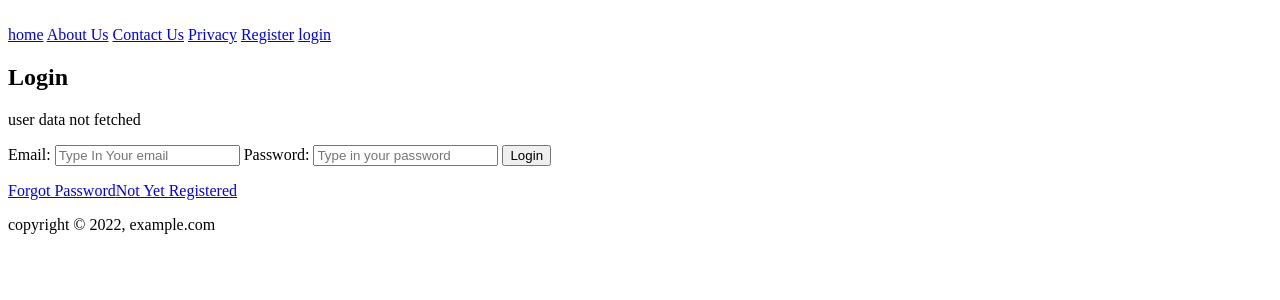
Repository: bejibay/CMS-and-Comment-System
Page: http://localhost/Contentgo/login
These files come from the project's save history. The page is drawn as it stood at one moment and after a run of saves; the edit follows.
The browser window is 1280 px wide. The pictures show the whole page.
The page is run by PHP 8.4 with error messages shown; the project is at /var/www/html/. Queries for data that is not in the repository find no rows.

Above is the page before, as saved 2022-11-21 18:49:50.

### index.php
<?php
session_start();

require (__DIR__."/src/controller/functions.php");
//seesion variables for testing only
$results['firstname'] ="ayo";
$results['lastname'] ="ojo";
$requestUrl = $_SERVER['REQUEST_URI'];
$currentPageUrl = "http://"."locahost".$_SERVER['REQUEST_URI'];
if(isset($requestUrl)){
switch ($requestUrl){
    case   "/Contentgo/":
    case   "/Contentgo/home":
      homePage();
      break;
    case '/Contentgo/login' :
        login();
        break;
    case '/Contentgo/register':
        register();
        break;
    case '/Contentgo/require-reset':
    requireReset();
       break;
    case '/Contentgo/reset':
    resetUser();
        break;
   case '/Contentgo/activate-user':
    activateUser();
    break;
   case '/Contentgo/dashboard':
      dashboard();
   case '/Contentgo/dashboard/newpage':
      newPage();
      break;
   case '/Contentgo/dashboard/newpost':
      newPost();
      break;
   case '/Contentgo/dashboard/newcategory':
      newCategory();
       break;
   case '/Contentgo/dashboard/newauthor':
      newAuthor();
      break;
   case '/Contentgo/dashboard/update-page':
      updatePage();
      break;
   case '/Contentgo/dashboard/update-post':
      updatePost();
      break;
   case '/Contentgo/dashboard/update-category':
     updateCategory();
     break;
   case '/Contentgo/dashboard/view-posts':
     viewPosts();
     break;
   case '/Contentgo/dashboard/view-pages':
    viewPages();
    break;
   case '/Contentgo/dashboard/view-categories':
    viewCategories();
    break;
    case '/Contentgo/dashboard/view-media':
      viewMedia();
      break;
    case '/Contentgo/logout':
      logout();
   break;
    default:
    otherUrls();

   }
}

### config/bootstrap.php

<?php
define("WORKING_DIR_PATH",__DIR__."/../");

?>

### src/model/author.php

<?php

require_once __DIR__."/crudmodel.php";


class Author extends Crudmodel{
// define the class properties

public $id = null;
public $userdata_id = null;
public $biography = null;
public $created = null;
public $updated = null;
public $ipaddress = null;

// construct function to initialise  the properties
public function __construct($data=array()){
parent::__construct();
if(isset($data['id']) && is_int($data['id']))$this->id=$data['id'];
if(isset($data['biography']))$this->biography=trim(stripslashes(htmlspecialchars($data['biography'])));
if(isset($data['userdata_id']) && is_int($data['userdata_id']))$this->userdata_id = $data['userdata_id'];
if(isset($data['created']))$this->created=$data['created'];
if(isset($data['updated']))$this->created=$data['created'];
if(isset($data['ipaddress']))$this->ipaddress = $data['ipaddress'];

}


// define the all the class methods

public function createAuthor($data= []){
    $result ="";
    $this->userdata_id =$_SESSION['userid'];
    if(isset($data['biography']) ){
$result = $this->insert("INSERT INTO author(`biography`,`userdata_id`,`ipaddress`)VALUES(:biography,:userdata_id,
:ipaddress)",["biography"=>$this->biography,"userdata_id"=>$this->userdata_id,"ipaddress"=>$this->ipaddress]);
    }
    if($result) return $result;
    else{return false;}

}

public function readAuthors(){
 $result = $this->select("SELECT* FROM author");
 if($result)return $result;
 else{return false;}
}

public function readAuthor($id){
    $this->id= $id;
   if(isset($id)){
   $result = $this->select("SELECT* FROM author WHERE id=:id",["id"=>$this->id]);
   }
   if($result) return  $result;
   else{return false;}
}




public function updateAuthor($id,$data=[]){
    $this->id = $id;

if(isset($id) && isset($data['biography']) && isset($data['updated'])){
 $result = $this->update("UPDATE author SET biography=:biography, updated=:updated WHERE id=:id*",[
    "biography"=>$this->biography,"update"=>$this->updated, "id"=>$this->id]);
 }
 if($result)return $result;
 else{return false;}
}


public function deleteAuthor($id){
    $this->id = $id;
if(isset($id)){
$result = $this->delete("DELETE* FROM author WHERE id =:id",["id"=>$this->id]);
if($result)return $result;
else return false;
}
}

}

### src/model/crudmodel.php
<?php
require_once __DIR__."/../../config/config.php";


class Crudmodel{

// define the class properties
protected $conn =null;


public function __construct(){
    try{$this->conn = new PDO(DB_DSN, DB_USERNAME, DB_PASSWORD);
    $this->conn->setAttribute(PDO::ATTR_ERRMODE, PDO::ERRMODE_EXCEPTION);
    $this->conn->setAttribute(PDO::ATTR_EMULATE_PREPARES,false);
    if($this->conn)return $this->conn;
 }
catch(PDOException $e){echo $e->getMessage();}
}

public function executestatement($query="",$params=[]){
    try{

    $stmt = $this->conn->prepare($query);
    if($params) $stmt->execute($params);
    else{$stmt->execute();}
    return $stmt;

    }
    catch(Exception $e){echo $e->getMessage();}
}



public function insert($query="",$params=[]){
    try{
 $this->executestatement($query,$params);
 $result = $this->conn->lastInsertId();
 return $result;
    }
    catch(Exception $e){echo $e->getMessage();}
}



public function select($query="",$params=[]){
    try{
 $stmt = $this->executestatement($query,$params);
    $result = $stmt->fetchAll();
    if($result)return $result;
    }
    catch(Exception $e){echo $e->getMessage();}
}

public function update($query="",$params=[] ){
    try{
   $stmt =  $this->executestatement($query,$params);
    $result = $stmt->rowCount();
    return $result;
    }
    catch(Exception $e){echo $e->getMessage();}
}

public function delete($query="",$params=[]){
    try{
   $stmt =  $this->executestatement($query,$params);
    $result = $stmt-> rowCount();
    return $result;
    }
    catch(Exception $e){echo $e->getMessage();}
}

public function getSEOUrl($title){
    $title = $this->title;
    $title = explode(" ",$title);
    $title = array_slice($title,0,9);
    $title = implode("-", $title);
    return $title;
    }
}
?>

### config/config.php

<?php
define("DB_DSN", "mysql:host=localhost;dbname=contentgo");
define("DB_USERNAME", "root");
define("DB_PASSWORD", "");
function handle_execption($exception){
echo "there is an error, try again";
error_log($exeption->getMessage);
set_exception_handler(handle_exception);
}
?>

### src/model/category.php

<?php
require_once __DIR__."/crudmodel.php";

class Category extends Crudmodel{
    // define the class properties

public $id = null;
public $name = "";
public $description = "";
public $created = null;
public $updated = null;
public $ipaddress = null;


public function __construct($data=array()){
parent::__construct();
if(isset($data['id']) && is_int($data['id']))$this->id=$data['id'];
if(isset($data['name']) && preg_match("/[a-zA-Z]{3}/",$data['name']))$this->name=$data['name'];
if(isset($data['description']))$this->description=preg_replace("/[^\,\.\"\'\:\;\@\$\()a-zA-Z0-9]/","",$data['description']);
if(isset($data['created']))$this->created=date($data['created'],"Y-m-d");
if(isset($data['updated']))$this->updated=date($data['updated'],"Y-m-d");
if(isset($data['ipaddress']))$this->ipaddress = $data['ipaddress'];
}

// define the class properties


public function createCategory($data = []){
    if(isset($data['name'])&& isset($data['description']) && isset($data['ipaddress'])){
   $result =  $this->insert("INSERT INTO category(name,description,created,updated,ipaddress)
    VALUES(:name,:description,:created,:updated,:ipaddress)",["name"=>$this->name,
    "description"=>$this->description,"created"=>$this->created,"updated"=>$this->updated,"ipaddress"=>$this->ipaddress]);
    }
    if($result)return $result;
    else{return false;}
    }


public function readCategories(){
$result = $this->select("SELECT * FROM category");
if($result)return $result;
else{return false;}
}

public function readAcategory($id){
$id = $this->id;
if(isset($id)){
$result = $this->select("SELECT* FROM category WHERE id=:1d", ["id"=>$this->id]);
if($result)return $result;
else{return false;}
}
}



public function updateCategory($id,$data = []){
    $id = $this->id;
    if(isset($id) && isset($data['name']) && isset($data['description']) && isset($data['updated'])){
$result = $this->update("UPDATE category SET name=:name, description =:description, updated = :updated,
ipaddress=:ipadress WHERE id =:id", ["name"=>$this->name,"description"=>$this->description,
"updated"=>$this->updated,"ipaddres"=>$this->ipaddress,"id"=>$this->id,]);
}
if($result)return $result;
else{return false;}
}

 public function deleteCategory($id){
    $id = $this->id;
    if(isset($id)){
$result = $this->delete("DELETE* FROM category WHERE id=:id",["id"=>$this->id]);
    }
    if($result) return $result;
    else{return false;}
       }
}

### src/model/comments.php

<?php
require_once __DIR__."/crudmodel.php";

class Comment extends Crudmodel{
    // define the class properties
public $id = null;
public $email = "";
public $dynamicpages_id = null;
public $comments= "";

public function __construct($data=array()){
parent::__construct();
if(isset($data['id']) && is_int($data['id']))$this->id=$data['id'];
if(isset($data['email']))$this->email=filter_var($data['email'],FILTER_VALIDATE_EMAIL);
if(isset($data['dynamicpages_id']))$this->dynamicpagea_id=int($data['dynamicpages_id']);
if(isset($data['comments']))$this->content=trim(stripslashes(htmlspecialchars(['comments'])));

}

// define the class properties
public function createComment($data=[]){
    if(isset($data['email']) && isset($data['comments'])){
    $dynamicpages = new Dynamicpages($_POST);
    $url = $_GET['url'];
    $result1 = $dynamicpages->displayAdynamicPage($url);
    $this->dynamicpages_id = $result1['id'];
    $result = $this->insert("INSERT INTO comments(id,dynamicpages_id,email,comments)
    VALUES(:id,:name,:dynamicpages_id ,:email, :comments)",["id"=>$this->id,"dynamicpages_id"=>$this->dynamicpages_id,
    "email"=>$this->email, "comments"=>$this->comments,"created"=>$this->created]);
    }
    if($result) return $result;
    else{return false;}
        }


public function readComments(){
$result = $this->select("SELECT * FROM comment");
if($result)return $result;
else{return false;}
}

public function readAComment($id){
$this->id = $id;
if(isset($id)){
$result = $this->select("SELECT* FROM comment WHERE id = :id", ["id"=>$this->id]);
}
if($result)return $result;
else{return false;}
}



public function updateComment($id,$data =[]){
    $this->id = $id;
    if(isset($data['comments'])){
$result = $this->update("UPDATE comment SET dynamicpages_id =:dynamicpages_id, email:email, comments = :comments WHERE id=:id",
 ["dynamicpages_id"=>$this->dynamicpages_id,"email"=>$this->email, "comments"=>$this->comments,]);

    }
    if($result)return $result;
    else{return false;}
}

public function deleteComment($id){
    $this->id = $id;
    if(isset($id)){
     $this->delete("DELETE* FROM comment WHERE id=:id",["id"=>$this->id]);
    }
      if($result)return $result;
        else{return false;}
       }

    }

### src/model/dynamicpages.php

<?php
require_once __DIR__."/crudmodel.php";

class Dynamicpage extends Crudmodel{
    // define the class properties
public $id = null;
public $url = "";
public $title = "";
public $description = "";
public $content = "";
public $category_id ;
public $media_id ;
public $author_id;
public $created = null;
public $updated = null;
public $ipaddress = null;

public function __construct($data=array()){
parent::__construct();
if(isset($data['id']) && is_int($data['id']))$this->id=$data['id'];
if(isset($data['title']))$this->title=preg_replace("/[^\,\.\"\'\:\;\@\$\()a-zA-Z0-9]/","",$data['title']);
if(isset($data['description']))$this->description=preg_replace("/[^\,\.\"\'\:\;\@\$\()a-zA-Z0-9]/","",$data['description']);
if(isset($data['content']))$this->content=trim(stripslashes(htmlspecialchars($data['content'])));
if(isset($data['category_id']) && is_int($data['category_id']))$this->category_id = $data['category_id'];
if(isset($data['author_id']) && is_int($data['author_id']))$this->author_id =$data['author_id'];
if(isset($data['created']))$this->created = $data['created'];
if(isset($data['updated']))$this->created = $data['created'];
if(isset($data['ipaddress']))$this->ipaddress = $data['ipaddress'];
}



// define the class properties
public function createADynamicPage($data=[]){
    $this->url = $this->getSEOurl($data['title']);
    $this->author_id= $_SESSION['userid'];
    if(isset($data['title']) && isset($data['description']) && isset($data['content'])&& isset($data['category_id'])
    && isset($data['author_id'])){
    $result =  $this->insert("INSERT INTO dynamicpage(url,title, description, content,category_id,author_id,
    created,updated,ipaddress)VALUES(:url,:title,:description,:content,:category_id,:author_id,
    :created,:updated,:ipaddress)",["url"=>$this->url,"title"=>$this->title,
    "description"=>$this->description,"content"=>$this->content,"category_id"=>$this->category_id,
    "media_id"=>$this->media_id,"author_id"=>$this->author_id ,"created"=>$this->created,"updated"=>$this->updated,
    "ipaddress"=>$this->ipaddress]);
    }
    if($result)return $result;
    else{return false;}
        }


public function readDynamicPages(){
$result = $this->select("SELECT * FROM dynamicpage");
if($result)return $result;
else{return false;}
}

public function readADynamicPage($id){
$this->id = $id;
$result = $this->select("SELECT* FROM dynamicpage WHERE id=:id",["id"=>$this->id]);
if($result) return $result;
else{return false;}
}



public function updateDynamicPage($id,$data = []){
    if(isset($id)  && isset($data['title'])  && isset($data['decription']) && isset($data['content'])){
        $$this->url = $this->getSEOUrl($data['title']);
$result = $this->update("UPDATE dynamicpage SET url=:url,title=:title,description=:description,content=:content,
category_id=:category_id,media_id=:media_id,author_id=:author_id,created=:created,updated=:updated,
ipaddress=:ipaddress",["id"=>$this->id,"url"=>$this->url,"title"=>$this->title,
"description"=>$this->description,"content"=>$this->content,"category_id"=>$this->category_id,
"media_id"=>$this->media_id,"author_id"=>$this->author_id,"created"=>$this->created,"updated"=>$this->updated,
"ipaddress"=>$this->ipaddress]);
    }
    if($result) return $result;
    else{return false;}
}

public function displayDynamicpage($url){
    $url = $this->url;
    if(isset($url)){
$result = $this->select("SELECT* FROM dynamicpage WHERE url=:url",["url"=>$this->url]);
    }
    if($result)return $result;
    else{return false;}
}

public function deleteADynamicPage($id){
    $this->id = $id;
    if(isset($id)){
$result = $this->delete("DELETE* FROM dynamicpage WHERE id=:id",["id"=>$this->id]);
        }
        if($result)return $result;
        else{return false;}
    }
       }

### src/model/staticpages.php

<?php
require_once __DIR__."/crudmodel.php";

class Staticpage extends Crudmodel{
    // define the class properties
    public $id = null;
    public $url = "";
    public $title = "";
    public $description = "";
    public $content = "";
    public $created = null;
    public $updated = null;
    public $ipaddress = null;

    public function __construct($data=array()){
    parent::__construct();
    if(isset($data['id']) && is_int($data['id']))$this->id=$data['id'];
    if(isset($data['url']))$this->url=filter_var($data['url'],FILTER_VALIDATE_URL);
    if(isset($data['title']))$this->title=preg_replace("/[^\,\.\"\'\:\;\@\$\()a-zA-Z0-9]/","",$data['title']);
    if(isset($data['description']))$this->description=preg_replace("/[^\,\.\"\'\:\;\@\$\()a-zA-Z0-9]/","",$data['description']);
    if(isset($data['content']))$this->content=trim(stripslashes(htmlspecialchars($data['content'])));
    if(isset($data['created']))$this->created=$data['created'];
    if(isset($data['updated']))$this->created=$data['created'];
    if(isset($data['ipaddress']))$this->ipaddress=$data['ipaddress'];
    }


// define the class properties

public function createStaticPage($data = []){
    $result ="";
    $url = $this->getSEOurl($data['title']);
    if(isset($data['title']) && isset($data['description']) && isset($data['content']) && isset($data['created'])
    && isset($data['ipaddress'])){
   $result = $this->insert("INSERT INTO  staticpage(url,title,description ,content, created,ipaddress)
    VALUES(:url,:title,:description,:content,:created,:ipaddress)",["url"=>$url,"title"=>$this->title,
    "description"=>$this->description,"content"=>$this->content,"created"=>$this->created,"ipaddress"=>$this->ipaddress]);
    }
if($result) return $result;
else{return false;}
}

        public function readStaticPages(){
           $result =  $this->select("SELECT * FROM staticpage");
           if($result)return $result;
           else{return false;}
        }

            public function readAStaticPage($id){
                $this->id =$id;
            if(isset($id)){
            $this->select("SELECT* FROM staticpage WHERE id=:id",["id"=>$this->id]);
}
            if(isset($result)) return $result;
            else{return false;}
}



    public function updateStsaticPage($id,$data =[]){
        $this->url = $this->getSEOurl($data['title']);
        $this->id = $id ;
        if(isset($data['title']) && isset($data['description']) && isset($data['content'])){
     $result = $this->update("UPDATE staticpage SET id=:id,title=:titlde,description=:description,content=:content,
     created:created,updated=:updated, ipaddress=:ipaddres WHERE id =:id",["id"=>$this->id,"url"=>$this->url,
    "title"=>$this->title,"description"=>$this->description,"content"=>$this->content,"created"=>$this->created,
    "updated"=>$this->updated,"ipaddress"=>$this->ipaddress]);
        }
        }

 public function displayStaticPage($urlpage){
$urlpage = $this->url;
if(isset($urlpage)){
$result = $this->select("SELECT * FROM staticpage WHERE url=:url",["url"=>$this->url]);
if($result)return $result;
else{return false;}
}
 }


public function deleteStaticPage($id){
    $this->id = $id;
    if(isset($id)){
 $this->delete("DELETE FROM staticpage WHERE id=:id",["id"=>$this->id]);
}
 if($result) return $result;
 else{return false;}
}
}

### src/model/media.php

<?php
require_once __DIR__."/crudmodel.php";

class Media extends Crudmodel{
    // define the class properties

public $id = null;
public $url = "";

public function __construct($data=array()){
parent::__construct();
if(isset($data['id']) && is_int($data['id']))$this->id=$data['id'];
if(isset($data['url']))$this->url=filter_var($data['url'],FILTER_VALIDATE_URL);
}

// define the class properties
public function creatMedia($image,$seourl){
    $uploadok = 1;
    // get dynamic url
    $dynamicpage = new Dynanicpage($_POST);
    $url = $dynamicpage->getSEOurl($seourl);

    //get the target imagetype and  extension
    $ext = strtolower(pathinfo($image['name'],PATHINFO_EXTENSION));
    //get image direvctory and target image name
    $targetdir = "uploads/";
    $targetname = $targetdir.'/'.$year.'/'.$month.'/'.$url.'/'.'.$ext';

    //check if it is an image
    $check = getimagesize($image['tmp_name']);
    if($check[2]){echo "it is an image-"."check['mime]";$uploadok = 1;}
    else {echo "it is not an image"; $uploadok =0;}


  //get image sixe to be uploaded
     $imagesize = $image['size'];
     if($imagesize>5000){$uploadok = 0;}
     else{$uploadok = 1;}

     //check if image type exists
     $imgtype= ['gif','pnd','tmp'];
     if(in_array($imgtype,$ext)){
        $uploadok = 1;}
    else{$uploadok = 0;}


    //check if file exist
    if(file_exists($targetname)){echo "file already exists"; $uploadok = 0;}
    else{$uploadok = 1;}

     //check if directory exists;
     $date = date_format($_POST['date'],'Y-m-d');
     $uploaddate = explode('-',$date);
     list($year, $month, $date) = $uploaddate;
     $targetdir = 'uploads'.'/'.$year.'/'.$month;
     if(!file_exists($targetdir)){mkdir($targetdir);
    if($upoladok = 1 && is_uploaded_file($targetname)){move_uploaded_file($image['tmp_name'],$targetname);}
    }
    else{if($upoladok = 1 && is_uploaded_file($targetname)){move_uploaded_file($image['tmp_name'],$targetname);}}

$this->insert("INSERT INTO media(id,url,ext)VALUES(:id,:url,:ext)",["id"=>$this->id,"url"=>$this->url,'ext'=>$ext]);

        }


public function readAllMedia(){
$result = $this->select("SELECT * FROM media");
if($result) return $result;
else{return false;}
}

public function readAMedia($url){
$this->url = $url;
$result = $this->select("SELECT* FROM media WHERE url=:url",["url"=>$this->url]);
if($result) return $result;
else{return false;}

}



public function updateAMedia($id,$data){
$result1 = $this->readAMedia($url);
$this->id = $result1['id'];
$result2 = $this->update("UPDATE media SET url=:url WHERE id =:id",["id"=>$this->id,"url"=>$this->url]);
if($result2) return $result2;
else{return false;}
}

public function deleteMedia($url){
$this->url = $url;
$result =  $this->delete("DELETE* FROM media WHERE url=:url",["url"=>$this->url]);
if($result) return $result;
else{return false;}
}


        }

### src/model/user.php

<?php

require_once __DIR__."/crudmodel.php";

class Userdata extends Crudmodel{
    // define the class properties

public $id = null;
public $firstname = "";
public $lastname = "";
public $username = "";
public $email = "";
public $password = "";
public $status = null;
public $reseturl = null;
public $created = null;
public $updated = null;
public $ipaddress = null;
public $newemail = "";


public function __construct($data=array()){
parent::__construct();
if(isset($data['id']) && is_int($data['id']))$this->id=$data['id'];
if(isset($data['firstname']) && preg_match("/^[a-zA-Z]{3,}$/",$data['firstname'])){$this->firstname =$data['firstname'];}
if(isset($data['lastname']) && preg_match("/^[a-zA-Z]{3,}$/",$data['lastname'])){$this->lastname =$data['lastname'];}
if(isset($data['username']) && preg_match("/^[a-zA-Z]{3,}$/",$data['username'])){$this->username =$data['username'];}
if(isset($data['email']))$this->email=filter_var($data['email'],FILTER_VALIDATE_EMAIL);
if(isset($data['password']))$this->password=password_hash($data['password'],PASSWORD_BCRYPT);
if(isset($data['reseturl']))$this->reseturl = $data['reseturl'];
if(isset($data['created']))$this->created = $data['created'];
if(isset($data['updated']))$this->created = $data['created'];
if(isset($data['ipaddress']))$this->ipaddress=$data['ipaddress'];
if(isset($data['newemail']))$this->newemail=filter_var($data['newemail'],FILTER_VALIDATE_EMAIL);
}

// define the class properties
public function createUser($data =[]){
    $this->status =0;
    if(isset($data['firstname']) && isset($data['lastname']) && isset($data['email']) && isset($data['password'])){
    $result1 = $this->select("SELECT* FROM userdata WHERE email=:email",["email"=>$this->email]);
    if($result1){return $emailExists = "email already exists";}
    elseif(!$result1){
    $result2 = $this->insert("INSERT INTO userdata(id,firstname,lastname,username,email,password,status, created, updated,ipaddress)
    VALUES(:id,:firstname,:lastname,:username,:email,:password,:status,:created, :updated,:ipaddress)",["id"=>$this->id,
    "firstname"=>$this->firstname,"lastname"=>$this->lastname,"username"=>$this->username,"email"=>$this->email,
    "password"=>$this->password,"status"=>$this->status,"created"=>$this->created,"updated"=>$this->updated,
    "ipaddress"=>$this->ipaddress]);
    }
    }
    if($result2)return $result2;
    else{return false;}
    }


public function readUsers(){
$result = $this->select("SELECT * FROM userdata");
if($result)return $result;
else{return false;}
}



public function readAUser($data= []){
$result1 ="";
$result2 ="";
$data['email'] = isset($data['email'])?$data['email']:"";
$data['password'] = isset($data['password'])?$data['password']:"";
$result1 = $this->select("SELECT* FROM userdata WHERE email=:email",["email"=>$this->email]);
if($result1){$verifiedpasword = password_verify($data['password'], $result1['password']);
    if($verifiedpasword)return $result1;
     else{return $result2 = "incorrect pasword details";}
}
else{return $result2 ="incorrect email details";}
}


public function modifyEmail($data=[]){
$result1 = $this->select("SELECT* FROM userdata WHERE email=:email",["email"=>$this->email]);
if($result1){
$result2 = $this->update("UPDATE userid SET email=:newemail WHERE email=:email",["email"=>$this->newemail,
"email"=>$this->email,"pasword"=>$this->pasword,"updated"=>$this->updated,"ipaddress"=>$this->ipaddress]);
if($result2) return $result2;
    else{return false;}
}
}

public function modifyAccountStatus($reseturl,$data=[]){
    $this->reseturl =$reseturl;
    $this->status =1;
    $result1 = $this->select("SELECT* FROM userdata WHERE email=:email",["email"=>$this->email]);
    if($result1){
    $result2 = $this->update("UPDATE userdata SET status =:status,password =:password WHERE email=:email
    AND reseturl =:reseturl",["status"=>$this->status,"email"=>$this->email,"password"=>$this->password,"reseturl"=>$this->reseturl]);
    if($result2) return $result2;
    else{return false;}
    }
    }

    public function modifyResetUrl($data=[]){
        $result1 = $this->select("SELECT* FROM userdata WHERE email=:email",["email"=>$this->mail]);
        if($result1){$this->reseturl  =md5(rand(0,999).time());}
        $result2 = $this->update("UPDATE userdata SET reseturl=:reseturl WHERE email=:email",
        ["email"=>$this->email,"reseturl"=>$this->reseturl]);
        if($result2) return $result2;
    else{return false;}
        }

 public function deleteUser($id){
    $this->id = $id;
$result = $this->delete("DELETE* FROM userdata WHERE id=:id",["id"=>$this->id]);
if($result)return $result;
else{return false;}
}


        }

### src/views/admin/loginform.php
<?php require_once $_SERVER['DOCUMENT_ROOT']."/Contentgo/config/bootstrap.php";?>

 <?php include  WORKING_DIR_PATH."/src/views/include/header.php";?>

<div class="row">
<div class="col-12">
<form action="#" method="post">
<h2>Login</h2>
<p><?php  if(isset($results['errormessage'])) echo $results['errormessage'];?></p>
<label for ="email">Email:</label>
<input type="text" name="email" placeholder="Type In Your email" id="email">
<label for ="password">Password:</label>
<input type="text" name="password" placeholder ="Type in your password" id="password">
<input type="submit" name="login" value="Login">
</form>
<p><a href="require-reset">Forgot Password</a><a href="register">Not Yet Registered</a></p>
 </div>
</div class="column rightside"></div>
</div>
<div class="footer"><?php include WORKING_DIR_PATH."/src/views/include/footer.php";?></div>
<?php if(isset($_SESSION['firstname'])) echo $_SESSION['firstname'];?>
</body>
</html>

### src/views/include/header.php

<!DOCTYPE html>
<html lang="en">
<head>
<title><?php echo $results['title'];?></title>
<meta  name="description" content="<?php echo $results['description'];?>">
<meta  name="viewport" content="width=device-width, initial-scale=1.0">
<link rel="stylesheet" href="cmsstyle.css>"
</head>
<body>
<div class="header">
<div class="topnav">
<a href="/Contentgo/home">home</a>
<a href="/Contentgo/about">About Us</a>
<a href="/Contentgo/contact">Contact Us</a>
<a href="/Contentgo/privacy">Privacy</a>
<a href="/Contentgo/register">Register</a>
<a href="/Contentgo/login">login</a>
<a href="javascript:void();"><i  class ="fa fa-bars" ></i></a>
</div>
</div>

### src/views/include/footer.php
<?php
echo "copyright &copy; 2022, example.com";
?>

Loaded but not shown: src/controller/functions.php (410 lines, source omitted)

After the next 4 saves:
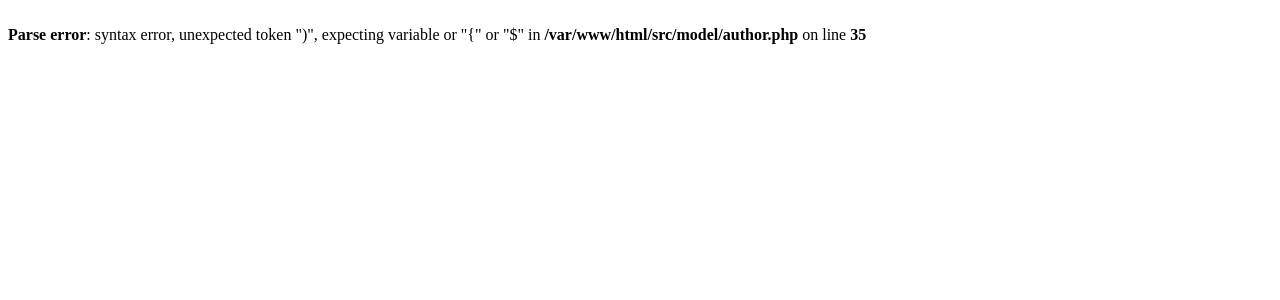
The 4 saves are shown as one change because they came seconds apart.
The last was saved 116 s later.
--- a/src/model/author.php
+++ b/src/model/author.php
@@ -32,7 +32,7 @@
 public function createAuthor($data= []){
     $result ="";
     $this->userdata_id =$_SESSION['userid'];
-    if(isset($data['biography']) ){
+    if(isset($data['biography']) && isset($)){
 $result = $this->insert("INSERT INTO author(`biography`,`userdata_id`,`ipaddress`)VALUES(:biography,:userdata_id,
 :ipaddress)",["biography"=>$this->biography,"userdata_id"=>$this->userdata_id,"ipaddress"=>$this->ipaddress]);
     }
